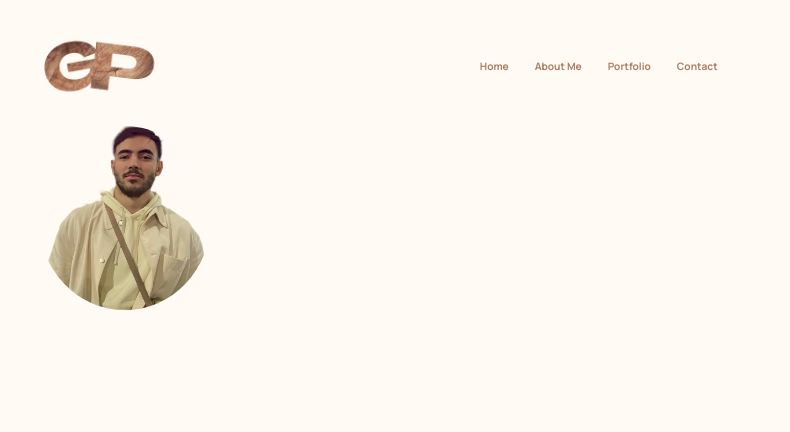
Repository: Gabtorinho25/Portfolio-Web-Site
Page: index.html
These files come from the project's save history. The page is drawn as it stood at one moment and after a run of saves; the edit follows.
The browser window is 1280 px wide. The page is 1280 px wide, then 1316 px, so the pictures cover 1316 px, including what lies to the right of the window. The pictures show the whole page, at 60% of full size.

Above is the page before, as saved 2024-03-29 14:58:14.

After the next 3 saves:
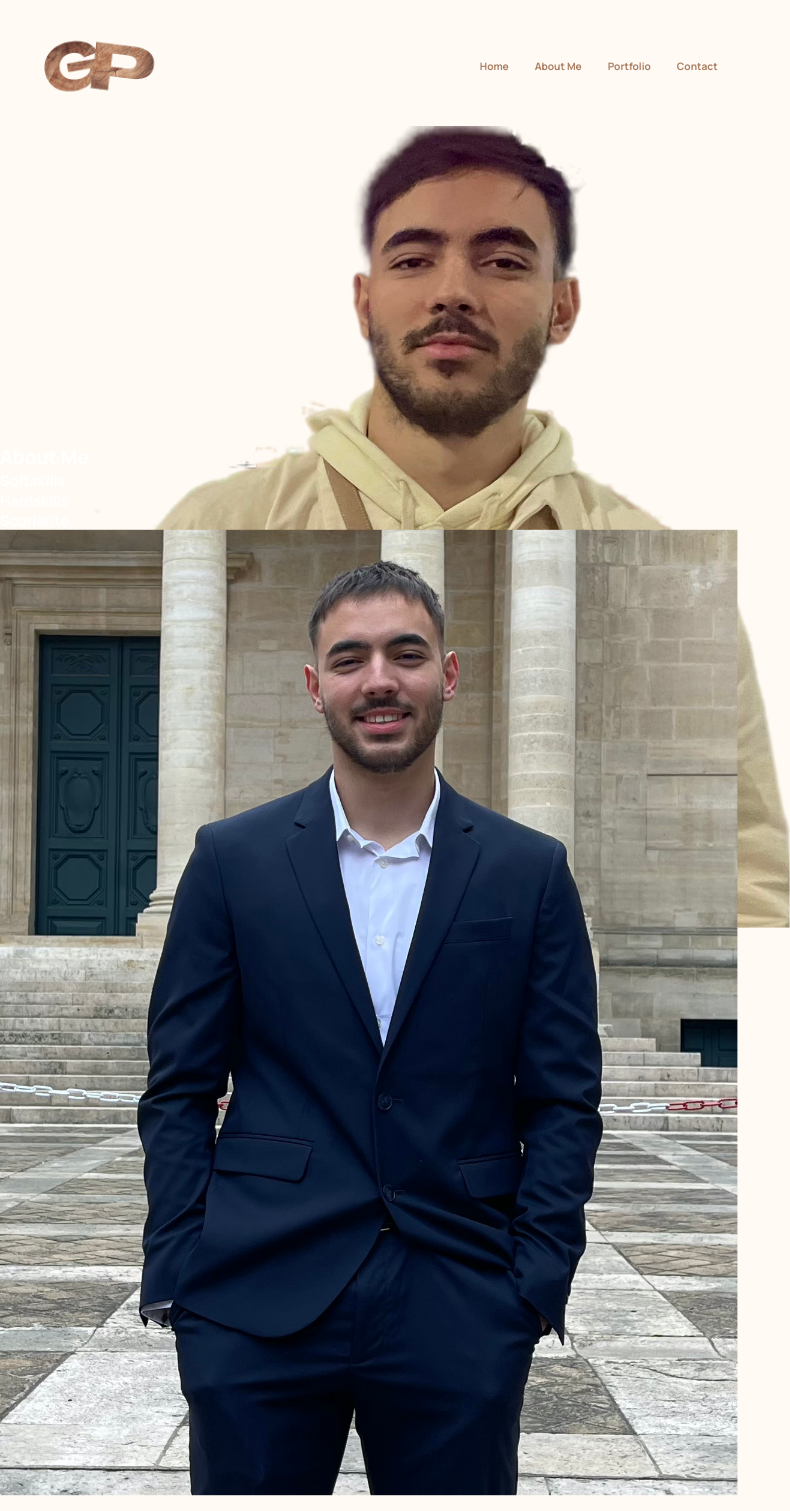
The 3 saves are shown as one change because they came seconds apart.
The last was saved 3 days later.
--- a/index.html
+++ b/index.html
@@ -14,7 +14,7 @@
   </head>
   <body>
     <header>
-      <div class="container">
+      <div class="container relative" id="header">
         <nav>
           <img class="logo" src="/Image/Logo.png" alt="logo" />
           <ul>
@@ -24,10 +24,43 @@
             <li><a href="">Contact</a></li>
           </ul>
         </nav>
-        <img class="profil" src="Image\profil-transformed.png" alt="" />
+       <div class="PhotodeMoi">
+        <img  class="pictureofme" src="Image/profil-transformed.png" alt="Me">
+       </div>
+       <div class="TextePresentation">
+        <p class="italic" >Administrateur Système et Réseaux - Cybersécurité</p>
+        <h1 id="accroche">Hey, je suis <span class="marron hover-3">Gabriel</span> voici mon portfolio </h1>
+       </div>
       </div>
     </header>
-    <main></main>
+    <main>
+       <!-- AboutMe -->
+        <div id="AboutMe">
+          <div class="container"></div>
+            <div class="row">
+              <div class="colonne1">
+                <h1 class="AboutMeTitre">About Me</h1>
+                <div id="softskills"><h2>Softskills</h2></div>
+                <div id="hardskills"><h2>Hardskills</h2></div>
+                <div id="scolarité"><h2>Scorlarité</h2>
+                </div>
+                <div></div>
+              </div>
+
+              <div class="colonne2">
+                <img id="AboutMePicture" src="Image/AboutMe.jpg" alt="AboutMe">
+              </div>
+
+            </div>
+
+        </section>
+    </main>
     <footer></footer>
   </body>
 </html>
+
+<!-- <p id="ParaphMe">Actuellement en Prépa Mastère Cybersécurité et data, je suis un passionné par le domaine <br> du numérique que ça soit le jeux vidéos,  l'industrie du cinéma ou encore les nouvelles technologies.
+  Je suis constamment en quête de nouvelles connaissances et de défis stimulants 💻. <br>
+  <br>
+ est de m'orienter vers le domaine de la cybersécurité en tant qu'hacker éthique, pentester ou architecte en sécurité .<br> -->
+  <!-- Je suis actuellement à la recherche d'opportunités professionnelles, notamment d'un stage et d'une alternance. N'hésitez pas à me contacter pour toute proposition ou collaboration dans votre entreprise ! </p> --> -->
